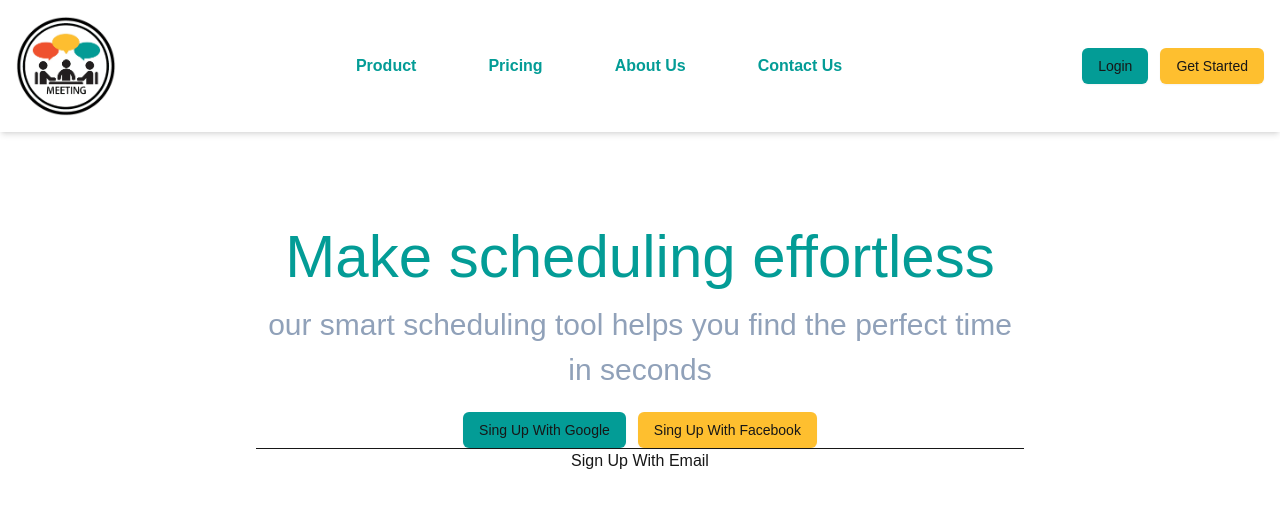
Repository: walaa-horani/scheduleMeetingNextjs
Page: /
The author's editor kept a copy of each file at every save. The page is drawn from the files as they stood at one save, then again after the next save.
The browser window is 1280 px wide. The pictures show the whole page.
The project was rebuilt for these pictures with package versions that can differ from the ones it lists, and the page was loaded fresh each time. The framework's server and built-in components were replaced by stand-ins that run in the browser. Also part of the build but not shown: next.config.mjs.

Above is the page before, as saved 2025-05-21 22:34:03.

### app/page.js
import Image from "next/image";
import Header from "./_components/Header";
export default function Home() {
  return (
    <div >
      <Header/>
    </div>
  );
}

### app/_components/Header.js
import React from 'react'
import Image from 'next/image'
import { Button } from '@/components/ui/button'
import Link from 'next/link'
function Header() {
  return (
    <div>
        <div className='flex justify-between items-center p-4 shadow-md'>
            <Image className='w-[70px] md:w-[100px]' width={70} height={70} alt='logo' src="/logo.png"/>

            <ul className=' hidden text-[#039C96] font-bold  md:flex gap-14'>
                <li className= 'hover:bg-[#d0efee] transition-all duration-300 p-2 cursor-pointer'>Product</li>
                 <li className= 'hover:bg-[#d0efee] transition-all duration-300 p-2 cursor-pointer'>Pricing</li>
                  <li className= 'hover:bg-[#d0efee] transition-all duration-300 p-2 cursor-pointer'>About Us</li>
                   <li className= 'hover:bg-[#d0efee] transition-all duration-300 p-2 cursor-pointer'>Contact Us</li>
            </ul>

            <div >
                <Button className="bg-[#039C96] mr-3 cursor-pointer">Login</Button>
                 <Button className="bg-[#FEBF2F] cursor-pointer">Get Started</Button>
            </div>
        </div>

        <div className='text-center mt-20 max-w-3xl m-auto'>
          <h1 className=' text-[40px] md:text-[60px] text-[#039C96]'>Make scheduling effortless</h1>
          <h1 className='text-[30px] text-slate-400'> our smart scheduling tool helps you find the perfect time in seconds </h1>


            <div className='mt-5'>
                <Button className="bg-[#039C96] mr-3 cursor-pointer">Sing Up With Google</Button>
                 <Button className="bg-[#FEBF2F] cursor-pointer">Sing Up With Facebook</Button>
            </div>
            <hr/>
            <h2><Link href="" className="text-primary">Sign Up With Email</Link> </h2>
        </div>
    </div>
  )
}

export default Header

### components/ui/button.jsx
import * as React from "react"
import { Slot } from "@radix-ui/react-slot"
import { cva } from "class-variance-authority";

import { cn } from "@/lib/utils"

const buttonVariants = cva(
  "inline-flex items-center justify-center gap-2 whitespace-nowrap rounded-md text-sm font-medium transition-all disabled:pointer-events-none disabled:opacity-50 [&_svg]:pointer-events-none [&_svg:not([class*='size-'])]:size-4 shrink-0 [&_svg]:shrink-0 outline-none focus-visible:border-ring focus-visible:ring-ring/50 focus-visible:ring-[3px] aria-invalid:ring-destructive/20 dark:aria-invalid:ring-destructive/40 aria-invalid:border-destructive",
  {
    variants: {
      variant: {
        default:
          "bg-[#039C96] text-primary-foreground shadow-xs hover:bg-primary/90",
        destructive:
          "bg-destructive text-white shadow-xs hover:bg-destructive/90 focus-visible:ring-destructive/20 dark:focus-visible:ring-destructive/40 dark:bg-destructive/60",
        outline:
          "border bg-background shadow-xs hover:bg-accent hover:text-accent-foreground dark:bg-input/30 dark:border-input dark:hover:bg-input/50",
        secondary:
          "bg-secondary text-secondary-foreground shadow-xs hover:bg-secondary/80",
        ghost:
          "hover:bg-accent hover:text-accent-foreground dark:hover:bg-accent/50",
        link: "text-primary underline-offset-4 hover:underline",
      },
      size: {
        default: "h-9 px-4 py-2 has-[>svg]:px-3",
        sm: "h-8 rounded-md gap-1.5 px-3 has-[>svg]:px-2.5",
        lg: "h-10 rounded-md px-6 has-[>svg]:px-4",
        icon: "size-9",
      },
    },
    defaultVariants: {
      variant: "default",
      size: "default",
    },
  }
)

function Button({
  className,
  variant,
  size,
  asChild = false,
  ...props
}) {
  const Comp = asChild ? Slot : "button"

  return (
    <Comp
      data-slot="button"
      className={cn(buttonVariants({ variant, size, className }))}
      {...props} />
  );
}

export { Button, buttonVariants }

Loaded but not shown: app/layout.js (common file); app/globals.css (common file); lib/utils.js (common file)

After the next save:
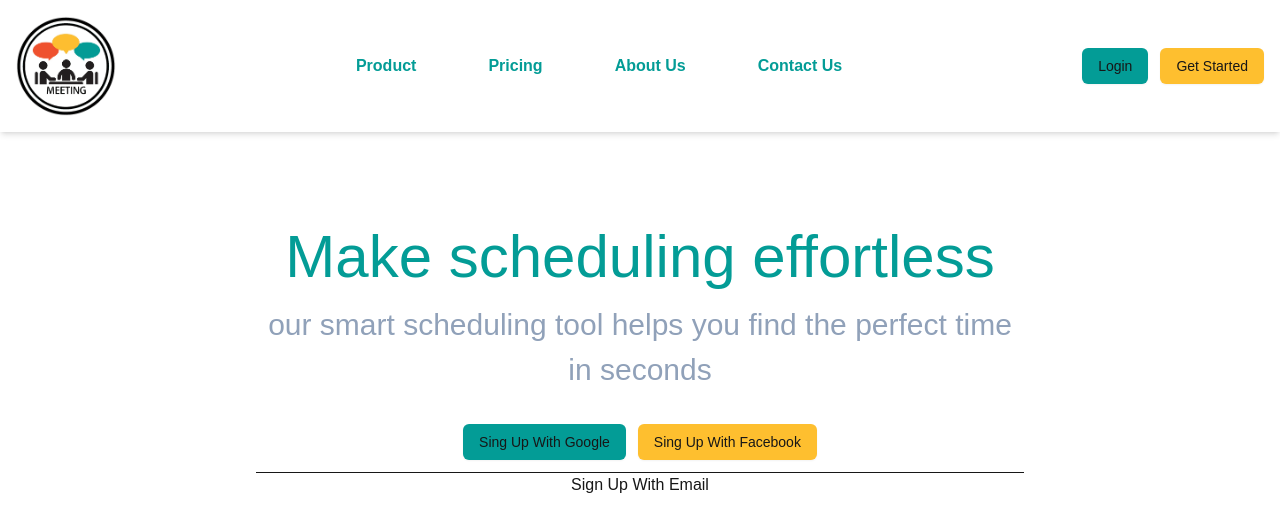
Saved 17 s later.
--- a/app/_components/Header.js
+++ b/app/_components/Header.js
@@ -26,7 +26,7 @@
           <h1 className='text-[30px] text-slate-400'> our smart scheduling tool helps you find the perfect time in seconds </h1>
 
 
-            <div className='mt-5'>
+            <div className='mt-5 p-3'>
                 <Button className="bg-[#039C96] mr-3 cursor-pointer">Sing Up With Google</Button>
                  <Button className="bg-[#FEBF2F] cursor-pointer">Sing Up With Facebook</Button>
             </div>
